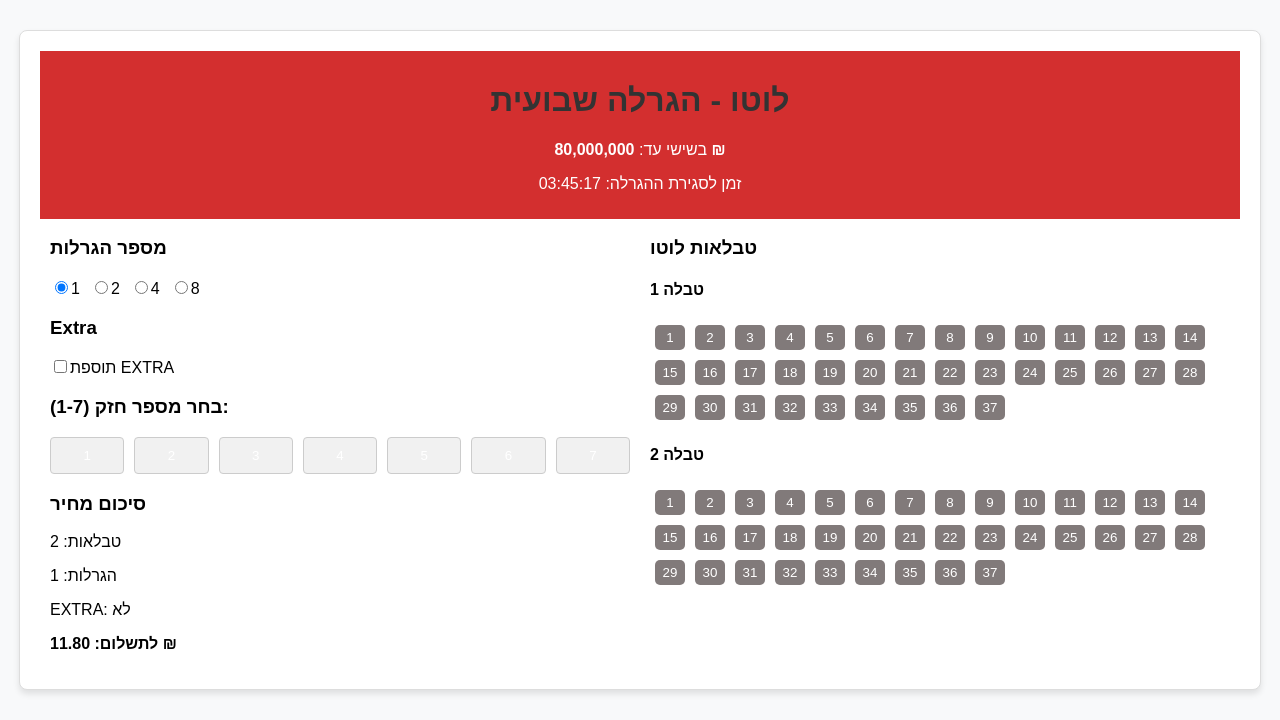
Repository: Giltih/LottoForm1
Page: /
These files come from the project's save history. The page is drawn as it stood at one moment and after a run of saves; the edit follows.
The browser window is 1280 px wide. The pictures show the whole page.
The project was rebuilt for these pictures with package versions that can differ from the ones it lists, and the page was loaded fresh each time. Also part of the build but not shown: vite.config.ts.

Above is the page before, as saved 2025-01-23 11:35:50.

### src/index.css

body {
  font-family: Arial, sans-serif;
  background-color: #f4f4f9;
  margin: 0;
  padding: 0;
}

h1, h2 {
  color: #333;
}

button {
  background-color: #4CAF50;
  color: white;
  border: none;
  border-radius: 5px;
  padding: 10px;
  cursor: pointer;
}

button:hover {
  background-color: #45a049;
}

### src/App.tsx
import React, { useState } from 'react';
import Header from './components/Header';
import LotteryAmountSelector from './components/LotteryAmountSelector';
import ExtraOption from './components/ExtraOption';
import StrongNumberSelector from './components/StrongNumberSelector';
import LottoTables from './components/LottoForm';
import PriceSummary from './components/PriceSummary';
import './App.css';

const App: React.FC = () => {
  const tableCount = 2;
  // const [tableCount, setTableCount] = useState(2);
  const [draws, setDraws] = useState(1);
  const [isExtraSelected, setIsExtraSelected] = useState(false);
  const [strongNumber, setStrongNumber] = useState<number>(0);
  const [selectedNumbers, setSelectedNumbers] = useState<number[][]>(
    Array(14).fill([])
  );

  const handleNumberSelect = (tableIndex: number, number: number) => {
    const newSelectedNumbers = [...selectedNumbers];
    const tableNumbers = newSelectedNumbers[tableIndex] || [];

    if (tableNumbers.includes(number)) {
      newSelectedNumbers[tableIndex] = tableNumbers.filter((num) => num !== number);
    } else if (tableNumbers.length < 6) {
      newSelectedNumbers[tableIndex] = [...tableNumbers, number];
    }

    setSelectedNumbers(newSelectedNumbers);
  };

  return (
    <div className="app-container">
      <Header />
      <div className="main-content">
        <div className="left-section">
          <LotteryAmountSelector selectedDraws={draws} onChange={setDraws} />
          <ExtraOption isSelected={isExtraSelected} onChange={setIsExtraSelected} />
          <StrongNumberSelector selectedStrongNumber={strongNumber} onStrongNumberSelect={setStrongNumber} />
          <PriceSummary tables={tableCount} draws={draws} isExtraSelected={isExtraSelected} />
        </div>
        <div className="right-section">
          <LottoTables
            tableCount={tableCount}
            selectedNumbers={selectedNumbers}
            onNumberSelect={handleNumberSelect}
          />
        </div>
      </div>
    </div>
  );
};

export default App;

### src/components/Header.tsx
import React from 'react';

const Header: React.FC = () => {
  return (
    <header style={{ backgroundColor: '#d32f2f', color: '#fff', padding: '10px', textAlign: 'center' }}>
      <h1>לוטו - הגרלה שבועית</h1>
      <p>בשישי עד: <span style={{ fontWeight: 'bold' }}>80,000,000 ₪</span></p>
      <p>זמן לסגירת ההגרלה: 03:45:17</p>
    </header>
  );
};

export default Header;

### src/components/LotteryAmountSelector.tsx
import React from 'react';

interface Props {
  selectedDraws: number;
  onChange: (count: number) => void;
}

const LotteryAmountSelector: React.FC<Props> = ({ selectedDraws, onChange }) => {
  const options = [1, 2, 4, 8];

  return (
    <div>
      <h3>מספר הגרלות</h3>
      {options.map((count) => (
        <label key={count} style={{ marginRight: '10px' }}>
          <input
            type="radio"
            value={count}
            checked={selectedDraws === count}
            onChange={() => onChange(count)}
          />
          {count}
        </label>
      ))}
    </div>
  );
};

export default LotteryAmountSelector;

### src/components/ExtraOption.tsx
import React from 'react';

interface Props {
  isSelected: boolean;
  onChange: (selected: boolean) => void;
}

const ExtraOption: React.FC<Props> = ({ isSelected, onChange }) => {
  return (
    <div>
      <h3>Extra</h3>
      <label>
        <input type="checkbox" checked={isSelected} onChange={(e) => onChange(e.target.checked)} />
        תוספת EXTRA
      </label>
    </div>
  );
};

export default ExtraOption;

### src/components/StrongNumberSelector.tsx
import React from 'react';

interface StrongNumberSelectorProps {
  onStrongNumberSelect: (number: number) => void;
  selectedStrongNumber: number ;
}

const StrongNumberSelector: React.FC<StrongNumberSelectorProps> = ({ onStrongNumberSelect, selectedStrongNumber }) => {
  return (
    <div>
      <h3>בחר מספר חזק (1-7):</h3>
      <div style={{ display: 'grid', gridTemplateColumns: 'repeat(7, 1fr)', gap: '10px' }}>
        {Array.from({ length: 7 }, (_, i) => i + 1).map((num) => (
          <button
            key={num}
            style={{
              padding: '10px',
              backgroundColor: selectedStrongNumber === num ? '#ff9800' : '#f1f1f1',
              border: '1px solid #ccc',
              borderRadius: '4px',
            }}
            onClick={() => onStrongNumberSelect(num)}
          >
            {num}
          </button>
        ))}
      </div>
    </div>
  );
};

export default StrongNumberSelector;

### src/components/LottoForm.tsx
import React from 'react';

interface Props {
  tableCount: number;
  selectedNumbers: number[][];
  onNumberSelect: (tableIndex: number, number: number) => void;
}

const LottoTables: React.FC<Props> = ({ tableCount, selectedNumbers, onNumberSelect }) => {
  const numbers = Array.from({ length: 37 }, (_, i) => i + 1); // מספרים 1-37

  return (
    <div>
      <h3>טבלאות לוטו</h3>
      {Array.from({ length: tableCount }, (_, tableIndex) => (
        <div key={tableIndex} style={{ marginBottom: '20px' }}>
          <h4>טבלה {tableIndex + 1}</h4>
          <div className='numbersGrid'>
            {numbers.map((number) => (
              <button
                key={number}
                className = {selectedNumbers[tableIndex]?.includes(number)
                ? 'selected'
                : ''}
                onClick={() => onNumberSelect(tableIndex, number)}
              >
                {number}
              </button>
            ))}
          </div>
        </div>
      ))}
    </div>
  );
};

export default LottoTables;

### src/components/PriceSummary.tsx
import React from 'react';

interface Props {
  tables: number;
  draws: number;
  isExtraSelected: boolean;
}

const PriceSummary: React.FC<Props> = ({ tables, draws, isExtraSelected }) => {
  const pricePerTable = 5.9;
  const extraPrice = isExtraSelected ? 2.0 : 0.0;
  const totalPrice = (tables * pricePerTable + extraPrice) * draws;

  return (
    <div>
      <h3>סיכום מחיר</h3>
      <p>טבלאות: {tables}</p>
      <p>הגרלות: {draws}</p>
      <p>EXTRA: {isExtraSelected ? 'כן' : 'לא'}</p>
      <p style={{ fontWeight: 'bold' }}>לתשלום: {totalPrice.toFixed(2)} ₪</p>
    </div>
  );
};

export default PriceSummary;

### src/App.css
body {
  font-family: Arial, sans-serif;
  background-color: #f8f9fa;
  margin: 0;
  padding: 0;
  display: flex;
  justify-content: center;
  align-items: center;
  height: 100vh;
}

.app-container {
  max-width: 1200px;
  width: 100%;
  background-color: #ffffff;
  border: 1px solid #ddd;
  border-radius: 8px;
  padding: 20px;
  box-shadow: 0 4px 6px rgba(0, 0, 0, 0.1);
}

.main-content {
  display: flex;
  justify-content: space-between;
}

.left-section,
.right-section {
  flex: 1;
  margin: 0 10px;
}

button {
  border: none;
  cursor: pointer;
  transition: background-color 0.3s;
}

button:hover {
  background-color: #b3e5fc;
}

.numbersGrid {
  display: 'grid';
  grid-template-columns: 'repeat(9, 1fr)';
  gap: '5px' ;
}

.numbersGrid button {
  padding: 5px;
  margin: 5px;
  background-color: #817a7a;
  min-width:30px;

}

.numbersGrid button.selected {
  background-color: #487184;
}

Loaded but not shown: index.html (common file); src/main.tsx (common file)

After the next 2 saves:
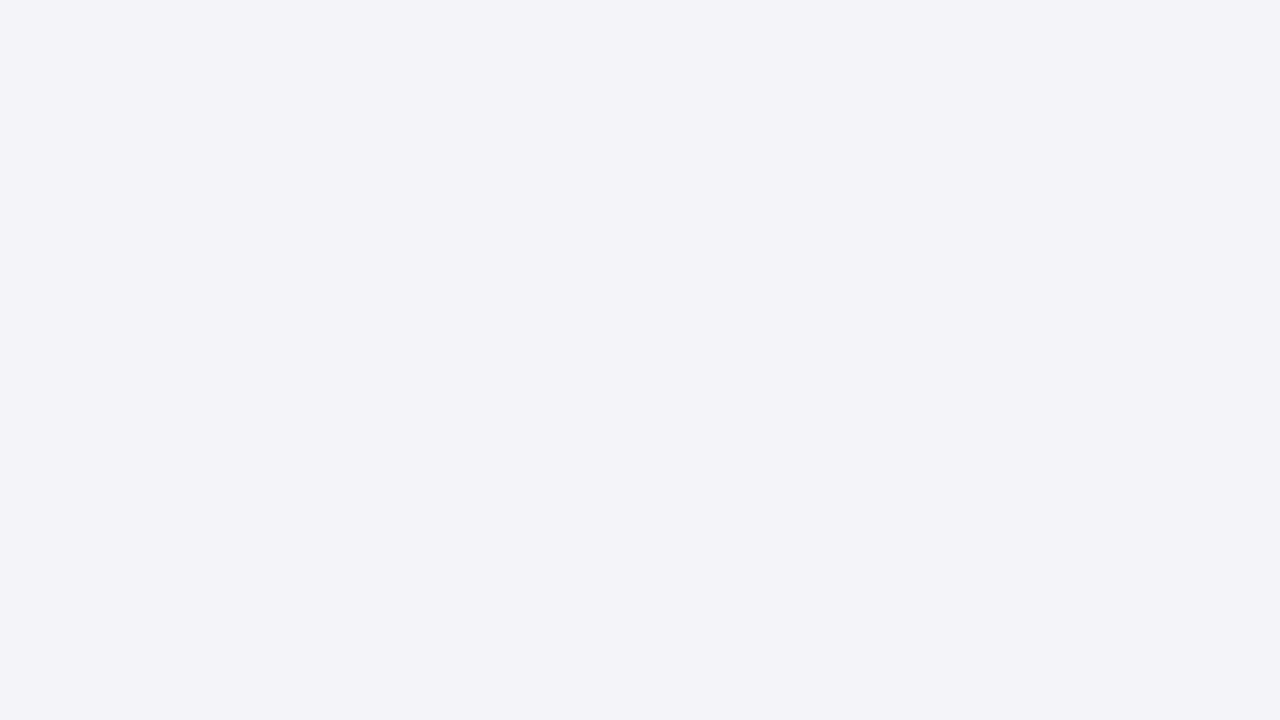
Console error: ReferenceError: LottoTables is not defined
The 2 saves are shown as one change because they came seconds apart.
The last was saved 89 s later.
--- a/src/components/LottoForm.tsx
+++ b/src/components/LottoForm.tsx
@@ -6,7 +6,7 @@ interface Props {
   onNumberSelect: (tableIndex: number, number: number) => void;
 }
 
-const LottoTables: React.FC<Props> = ({ tableCount, selectedNumbers, onNumberSelect }) => {
+const LottoForm: React.FC<Props> = ({ tableCount, selectedNumbers, onNumberSelect }) => {
   const numbers = Array.from({ length: 37 }, (_, i) => i + 1); // מספרים 1-37
 
   return (

After the save that followed:
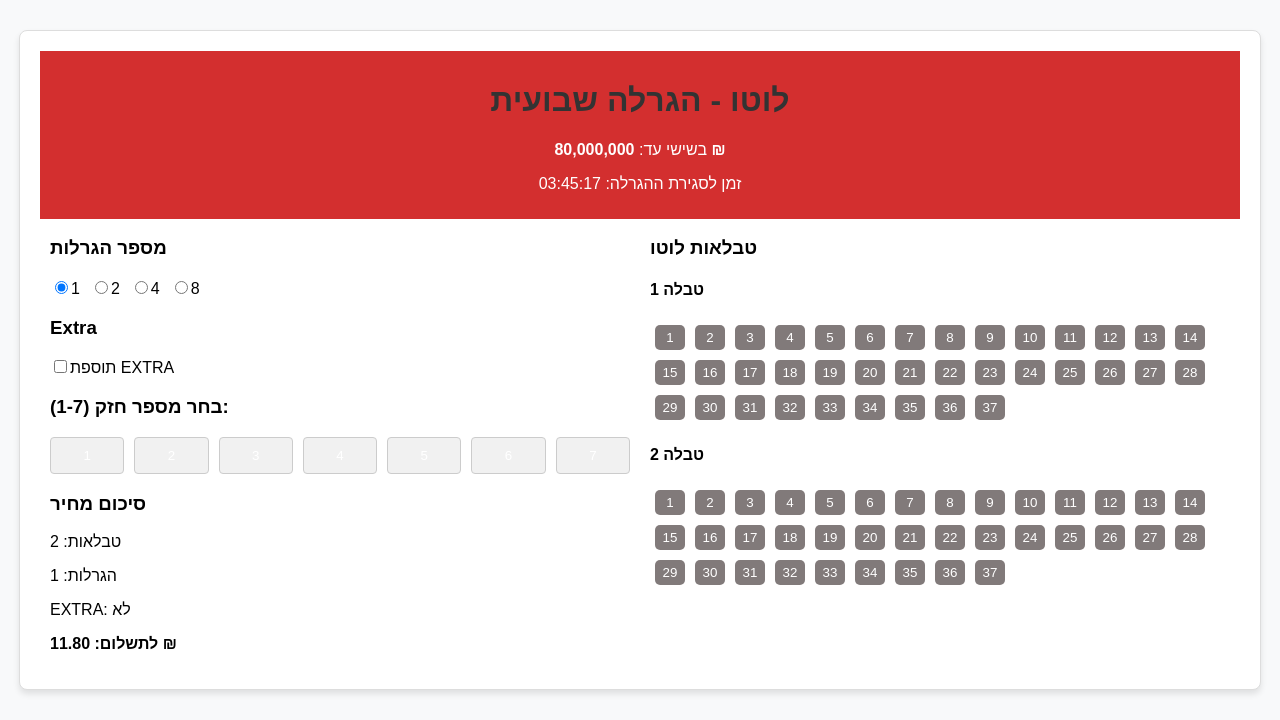
The error is gone.
Saved 12 s later.
--- a/src/components/LottoForm.tsx
+++ b/src/components/LottoForm.tsx
@@ -34,4 +34,4 @@ const LottoTables: React.FC<Props> = ({ tableCount, selectedNumbers, onNumberSel
   );
 };
 
-export default LottoTables;
+export default LottoForm;
